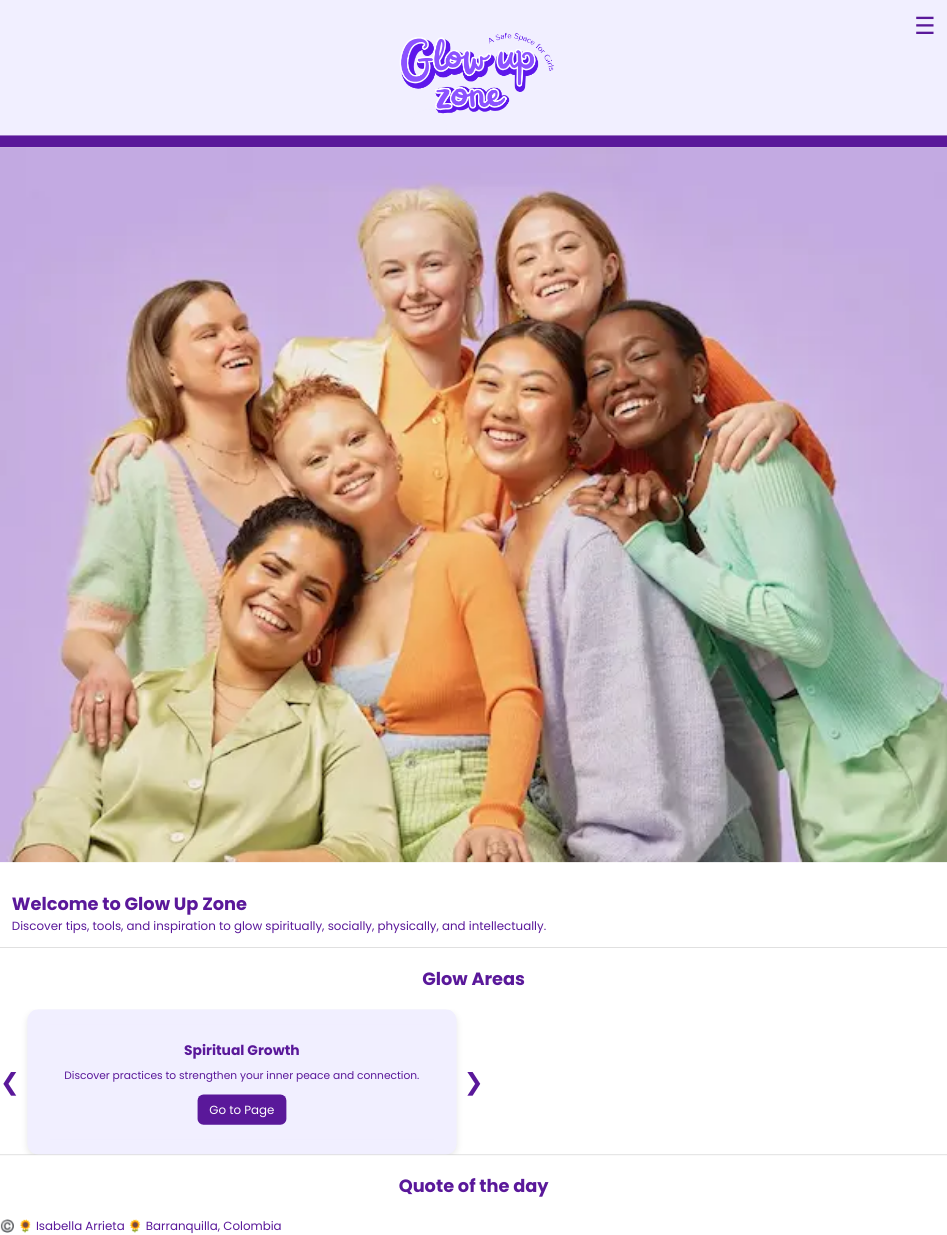
Repository: isaAJ05/wdd131
Page: final-project/final-project.html
The author's editor kept a copy of each file at every save. The page is drawn from the files as they stood at one save, then again after the next save.
The browser window is 1280 px wide. The pictures show the whole page, at 74% of full size.

Above is the page before, as saved 2025-08-09 01:02:19.

After the next save:
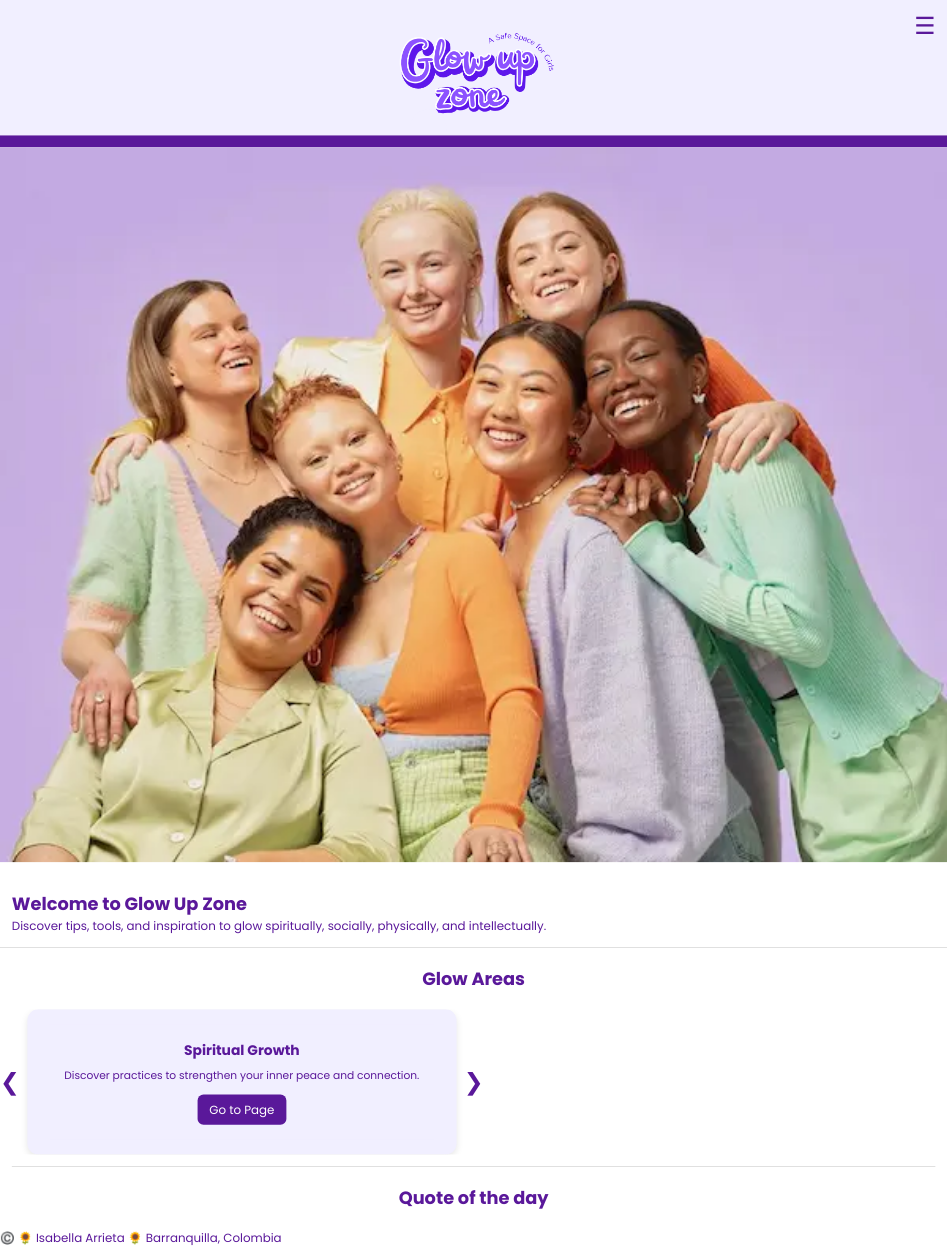
Saved 6 s later.
--- a/final-project/styles/final-project.css
+++ b/final-project/styles/final-project.css
@@ -152,5 +152,5 @@ h2{
 }
 .two{
     border-top: #D6D6D6 1px solid;
-    margin: ;: 1rem;
+    margin: 1rem;
 }
